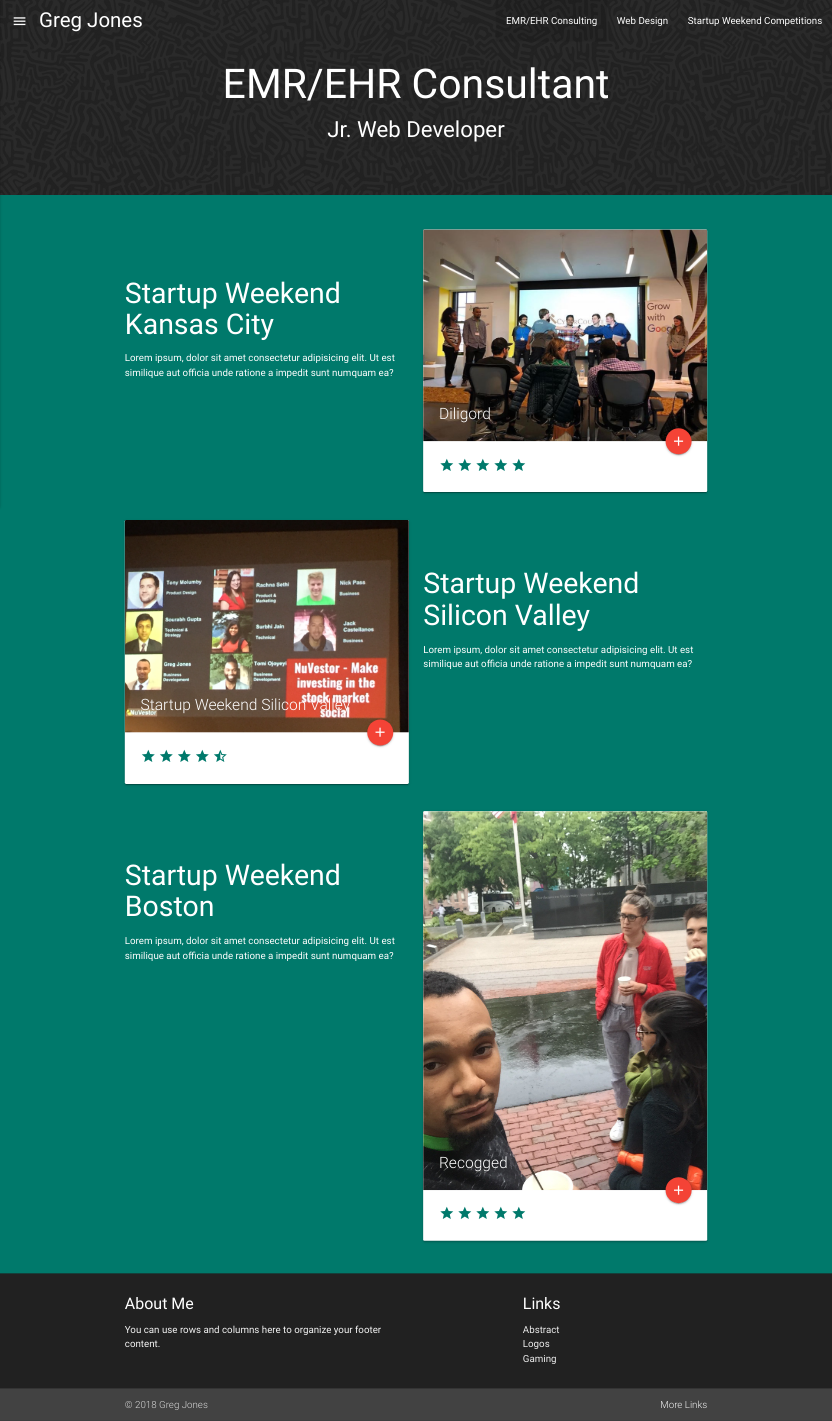
Repository: Greg919617/Existing-Portfolio
Page: sw.html
An editor plug-in stored every save of this project. The page is shown before and after the next save, followed by the edit.
The browser window is 1280 px wide. The pictures show the whole page, at 65% of full size.
Some web libraries are served in a nearby version.

Above is the page before, as saved 2018-06-26 17:46:05.

After the next save:
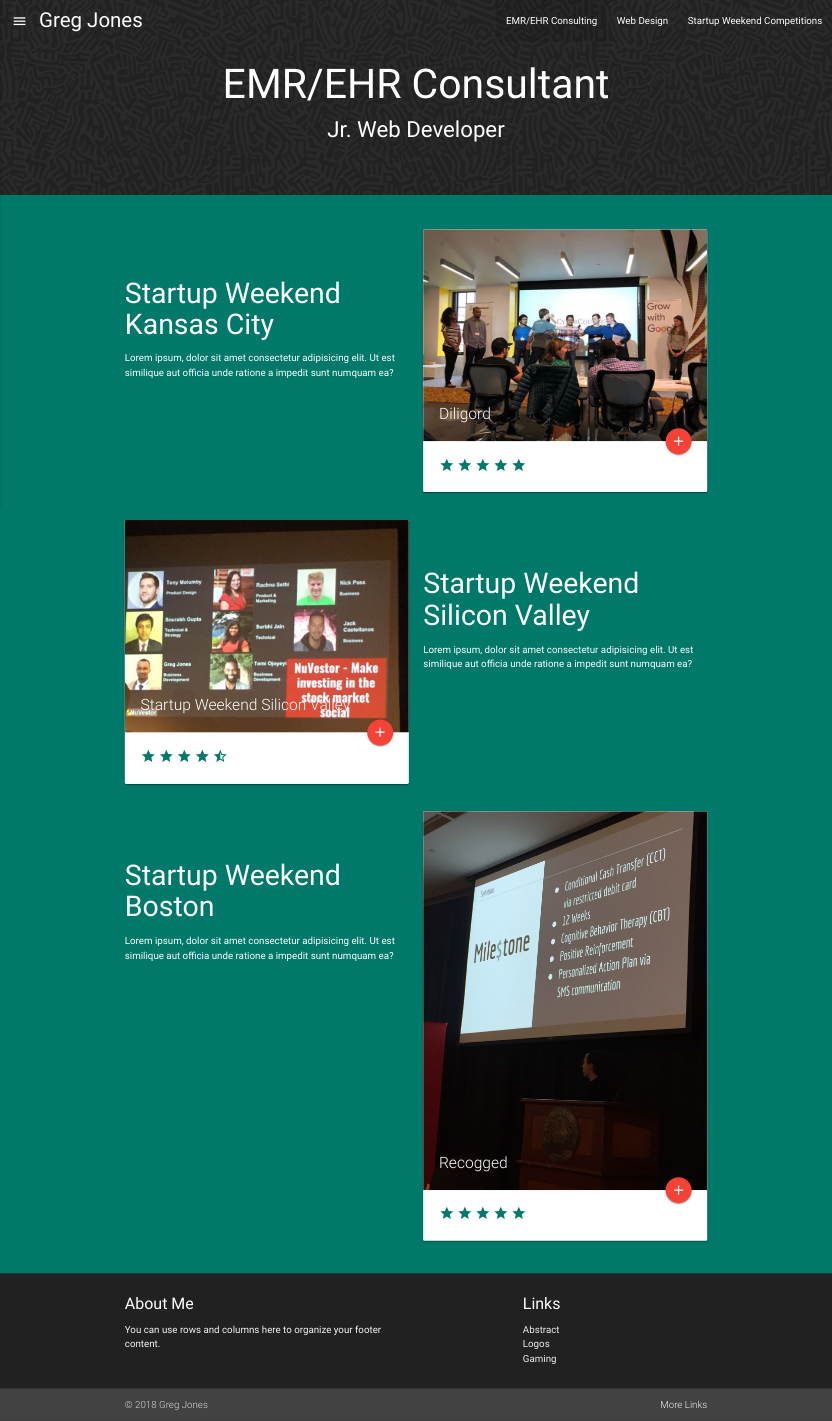
Saved 37 s later.
--- a/sw.html
+++ b/sw.html
@@ -127,7 +127,7 @@
         <div class="col m6">
           <div class="card">
             <div class="card-image">
-              <img src="img/gallery/milestone-group.jpg" alt="">
+              <img src="img/gallery/milestone-highlight.jpg" alt="">
               <span class="card-title">Recogged</span>
               <a href="#abstract3" class="btn-floating halfway-fab waves-effect waves-light red modal-trigger">
                 <i class="material-icons">add</i>
